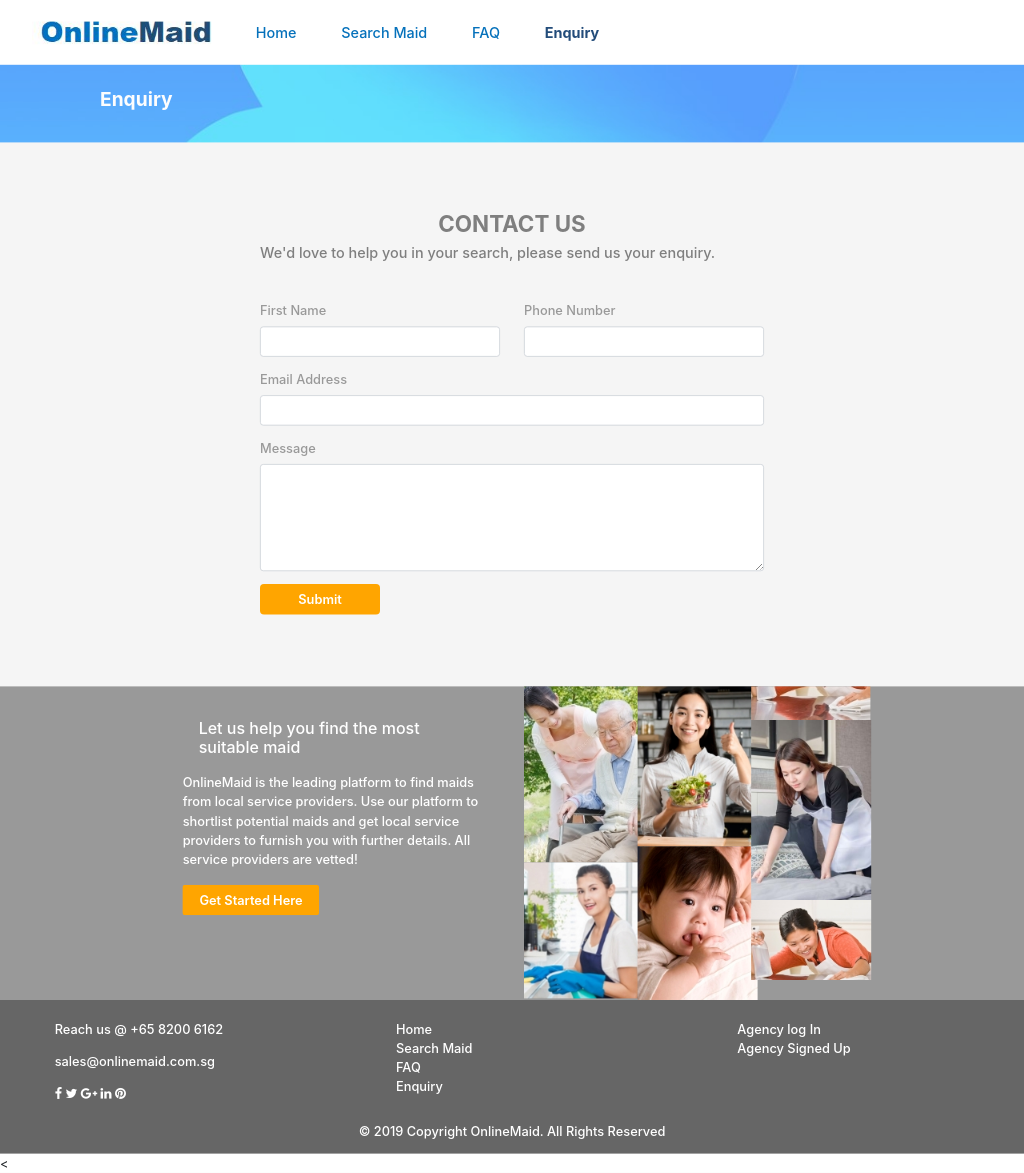
Repository: Code-Institute-Submissions/Project-1---Online-Maid
Page: enquiry.html
The author's editor kept a record of every edit. The page is drawn from the files as they stood at one moment, then again after the next edit.
The browser window is 1280 px wide. The pictures show the whole page, at 80% of full size.
Some web libraries are served in a nearby version.

Above is the page before.

### enquiry.html
<!DOCTYPE html>
<html lang="en">
<head>
    <meta charset="UTF-8">
    <meta name="viewport" content="width=device-width, initial-scale=1.0">
    <meta http-equiv="X-UA-Compatible" content="ie=edge">
    <link href="https://fonts.googleapis.com/css?family=Roboto:400,700|Open+Sans" rel="stylesheet">
    <link rel="stylesheet" href="https://stackpath.bootstrapcdn.com/bootstrap/4.3.1/css/bootstrap.min.css" type="text/css" />
    <link rel="stylesheet" href="https://stackpath.bootstrapcdn.com/font-awesome/4.7.0/css/font-awesome.min.css" type="text/css" />
    <link rel="stylesheet" href="https://cdnjs.cloudflare.com/ajax/libs/hover.css/2.1.1/css/hover-min.css" type="text/css" />
    <link rel="stylesheet" href="style.css" type="text/css" />
    <title>Online Maid</title>
</head>


<body>

<header>
  <nav class="navbar navbar-expand-lg navbar-light bg-white">
  <a class="navbar-brand" href="#"><img id="logo" class="pl-4 img-fluid d-md-block" src="images/logo.jpg" alt=""></a>
  <button class="navbar-toggler" type="button" data-toggle="collapse" data-target="#navbarSupportedContent" aria-controls="navbarSupportedContent" aria-expanded="false" aria-label="Toggle navigation">
    <span class="navbar-toggler-icon"></span>
  </button>

  <div class="collapse navbar-collapse" id="navbarSupportedContent">
    <ul class="navbar-nav mr-auto">
      <li class="nav-item">
        <a class="nav-link" href="index.html">Home</a>
      </li>
      <li class="nav-item">
        <a class="nav-link" href="searchMaid.html">Search Maid</a>
      </li>
      <li class="nav-item">
        <a class="nav-link" href="faq.html">FAQ</a>
      </li>
      <li class="nav-item active">
        <a class="nav-link" href="enquiry.html">Enquiry</a>
      </li>
    </ul>
  </div>
</nav>
</header>

<article class="enquiry-body">
<section>
  <div class="header-jumbotron">
    <h4 class="header-jumbotron-text">Enquiry</h4>
  </div>
</section>

<section>
 <div class="container enquiry-body">
	<div class="row">
		<div class="col-md-8 col-md-offset-2 m-auto">
			<div class="contact-form">
				<h3 class="section-header">CONTACT US</h3>
				<p class="hint-text">We'd love to help you in your search, please send us your enquiry.</p>
					<div class="row">
						<div class="col-sm-6">
							<div class="form-group">
								<label for="inputFirstName" class="particular">First Name</label>
								<input type="text" class="form-control" id="inputFirstName" required>
							</div>
						</div>
						<div class="col-sm-6">
							<div class="form-group">
								<label for="inputLastName" class="particular">Phone Number</label>
								<input type="text" class="form-control" id="inputLastName" required>
							</div>
						</div>
					</div>
					<div class="form-group">
						<label for="inputEmail" class="particular">Email Address</label>
						<input type="email" class="form-control" id="inputEmail" required>
					</div>
					<div class="form-group">
						<label for="inputMessage" class="particular">Message</label>
						<textarea class="form-control" id="inputMessage" rows="5" required></textarea>
					</div>
					<input type="submit" class="btn btn-primary" value="Submit">
				</form>
			</div>
		</div>
	</div>
</div>
</section>

<section>
      <div class="row enquiry-container">
        <div class="col-2 enquiry-box-1"></div>

        <div class="col-4 enquiry-box-2">
          <h5 class="enquiry-header">Let us help you find the most suitable maid</h5>
          <p class="enquiry-content">OnlineMaid is the leading platform to find maids from local service providers. Use our platform to shortlist potential maids and get local service providers to furnish you with further details. All service providers are vetted!</p>
          <button type="button" class="btn enquiry-btn">Get Started Here</button>
        </div>

        <div class="col-4 enquiry-box-3">
          <div class="row picture-container">

            <div class="col-4 picture-col-1">
              <img class="card-img-top-1" src="images/enquiry/1a.jpg" alt="Card image cap">
              <img class="card-img-top-2" src="images/enquiry/2a.jpg" alt="Card image cap">
            </div>

            <div class="col-4 picture-col-2">
              <img class="card-img-top-3" src="images/enquiry/3a.jpg" alt="Card image cap">
              <img class="card-img-top-4" src="images/enquiry/4a.jpg" alt="Card image cap">
            </div>

            <div class="col-4 picture-col-3">
              <img class="card-img-top-5" src="images/enquiry/5a.jpg" alt="Card image cap">
              <img class="card-img-top-6" src="images/enquiry/6a.jpg" alt="Card image cap">
              <img class="card-img-top-7" src="images/enquiry/7a.jpg" alt="Card image cap">
            </div>
          </div>
        </div>

        <div class="col-2 enquiry-box-4"></div>

      </div>
    </section>

</article>






<footer class="page-footer font-small footer-style pt-4">
  <div class="container-fluid text-center text-md-left">
    <div class="row d-flex justify-content-around">

      <div class=" footer-left col-md-3 mt-md-0 mt-3">
        <p class="footer-content">Reach us @ +65 8200 6162</p>
        <p class= "footer-content">sales@onlinemaid.com.sg</p>

        <!-- social -->
        <a href="#" class="social so1 fa fa-facebook"></a>
        <a href="#" class="social fa fa-twitter"></a>
        <a href="#" class="social fa fa-google-plus"></a>
        <a href="#" class="social fa fa-linkedin"></a>
        <a href="#" class="social fa fa-pinterest"></a>
      </div>

      <div class="col-md-3 mb-md-0 mb-3">
        <ul class="list-unstyled">
          <li>
            <a href="index.html">Home</a>
          </li>
          <li>
            <a href="searchMaid.html">Search Maid</a>
          </li>
          <li>
            <a href="faq.html">FAQ</a>
          </li>
          <li>
            <a href="enquiry.html">Enquiry</a>
          </li>
        </ul>
      </div>

      <div class="col-md-3 mb-md-0 mb-3">
        <ul class="list-unstyled">
          <li>
            <a href="searchMaid.html">Agency log In</a>
          </li>
          <li>
            <a href="searchMaid.html">Agency Signed Up</a>
          </li>
        </ul>
      </div>

    </div>
  </div>

  <div class="footer-copyright text-center py-3">© 2019 Copyright OnlineMaid.  All Rights Reserved</div>
</footer>



<
    <script src="https://code.jquery.com/jquery-3.3.1.slim.min.js" integrity="sha384-q8i/X+965DzO0rT7abK41JStQIAqVgRVzpbzo5smXKp4YfRvH+8abtTE1Pi6jizo" crossorigin="anonymous"></script>
    <script src="https://cdnjs.cloudflare.com/ajax/libs/popper.js/1.14.7/umd/popper.min.js" integrity="sha384-UO2eT0CpHqdSJQ6hJty5KVphtPhzWj9WO1clHTMGa3JDZwrnQq4sF86dIHNDz0W1" crossorigin="anonymous"></script>
    <script src="https://stackpath.bootstrapcdn.com/bootstrap/4.3.1/js/bootstrap.min.js" integrity="sha384-JjSmVgyd0p3pXB1rRibZUAYoIIy6OrQ6VrjIEaFf/nJGzIxFDsf4x0xIM+B07jRM" crossorigin="anonymous"></script>
</body>
</html>

### style.css

/*overall*/
*{
    padding: 0;
    margin: 0;
    box-sizing: border-box;
    color: #737373;
    font-weight: 500;
}



/*header*/
#logo {
    height: 55px;
    max-width:100%;
}

.active{
     font-size: 25px;
}

.nav-item{
    padding: 0px 20px;
    font-weight:600;
    font-size: 18px;

}

.nav-link {
        color: #0571bb !important;
}

.active .nav-link {
   color: #234c7a !important;
   font-weight: bold;
}

/*footer*/
.footer-style{
    background: #666666;
}


.footer-content,
.social,
.footer-copyright,
.list-unstyled a {
    color: white;
}


.footer-left a:hover,
.list-unstyled a:hover {
   color:orange;
}


.list-unstyled a {
   text-decoration: none;
}



/*Section 1-jumbotron*/
.j1 {
    background-image: url("images/banner.jpg");
    background-size: cover;
    color: white;
    padding : 120px 0px;
    margin: 0px 0px 120px;
     }


.maids-portal,
.getStarted{
   text-align: center;
    font-weight: 600;
    color: white;
    margin: 0px 20px 20px 20px;
    margin-bottom: 20px;
}


.getStarted{
    font-size: 20px;
}


.form-row {
    padding: 50px 0px 0px 0px;
}


.form-control {
    color: #737373;
    font-weight: 500;
}


.btn {
    background-color: #808080;
    color: white;
    padding: 0px 40px;
    font-weight: 600;
}


.btn:hover {
    background: orange;
    color: white;
}



/*section 2 - 4 Steps*/
.section-header{
    text-align: center;
    margin: 80px 0px 10px 0px ;
    line-height: 25px;
    font-weight: 700;
    position: relative;
    opacity: 0.9;
}


.steps-line{
    text-align: center;
    margin: 20px;
    padding: 0px;
    line-height: 25px;
    font-size: 18px;
}


.four-steps-container {
    margin: 50px 0px 120px 0px;
}


.steps-box {
    background-color: orange;
    text-align: center;
    font-weight: 500;
    color: white;
}


.steps-box-content {
    color: white;
}


.i{
    font-size: 100px;
}



/*index.html section 3*/
.six-choices-1 {
   margin: 30px 20px 30px 20px;
}


.six-choices-2 {
   margin: 30px 20px 20px 20px;
}


.maid-experience a:hover{
    text-decoration: none;
}


.maid-experience p {
    color: orange;
    font-size: 17px;
}



/*section 4 - enquiry-box*/
.enquiry-container {
    min-height: 350px;
    background-color: #999999;
    color: white;
    margin: 80px 0px 0px;
}


.enquiry-header {
    margin: 40px 20px 20px;
    /*margin-bottom: 20px;*/
    color: white;
}


.enquiry-content {
 font-size: 16px;
 margin-bottom: 20px;
 color: white;
}


.enquiry-btn{
    background: orange;
    color: white;
    padding: 0px 20px;
    min-height: 38px;
    margin-bottom: 20px;
    font-weight: 600
}

.contact-form .btn-primary:hover,
.enquiry-btn:hover{
    background: #1d93e2;
    color: white;
    border: none;
}


/*section 5 - testimonial*/
.carousel {
	margin: 50px auto;
	padding: 0 70px;
}

.carousel .item {
	/*color: #999;*/
	font-size: 14px;
    text-align: center;
	overflow: hidden;
    min-height: 290px;
}


.carousel .item .img-box {
	width: 200px;
	height: 200px;
	margin: 0 auto;
	padding: 5px;
	border: 1px solid #ddd;
	border-radius: 50%;
}


.carousel .img-box img {
	width: 100%;
	height: 100%;
	display: block;
	border-radius: 50%;
}


.carousel .testimonial {
	padding: 30px 0 10px;
}


.carousel .overview {
	font-style: italic;
}


.overview b {
	text-transform: uppercase;
	color: #7AA641;
}


.carousel .carousel-control {
	width: 40px;
    height: 40px;
    margin-top: -20px;
    top: 50%;
	background: none;
}


.carousel-control i {
    font-size: 68px;
	line-height: 42px;
    position: absolute;
    display: inline-block;
	color: rgba(0, 0, 0, 0.8);
    text-shadow: 0 3px 3px #e6e6e6, 0 0 0 #000;
}


.carousel .carousel-indicators {
	bottom: -40px;
}


.carousel-indicators li, .carousel-indicators li.active {
	width: 10px;
	height: 10px;
	margin: 1px 3px;
	border-radius: 50%;
}


.carousel-indicators li {
	background: #999;
	border-color: transparent;
	box-shadow: inset 0 2px 1px rgba(0,0,0,0.2);
}


.carousel-indicators li.active {
	background: #555;
	box-shadow: inset 0 2px 1px rgba(0,0,0,0.2);
}





/*searchMaid Jumbotron*/

.header-jumbotron {
   background-image: url("images/banner.jpg");
    background-size: cover;
    padding : 30px 0px 30px 125px;
    /*margin-bottom: 30px;*/
    opacity: 0.8;
     }


.header-jumbotron-text{
    color: white;
    font-weight: 700
}


.bio-container {
    margin: 110px 0px 0px 0px;
    padding-left: 50px;
}


.padding-left{
    padding-left: 30px;
}

.filter {
    margin: 10px 30px 20px 0px;

    color: #737373;
}


.filter-dropdown-box{
    height: 50px;
}


.maid-name{
    font-size: 20px;
    font-weight: 700;
    padding: 15px 0px 0px;
}


.small-label{
    font-size:13px;
    margin: 7px 0px;
}

.big-label{
    margin: 0px;
    padding: 0px;
}


.name-and-country,
.age-marital-status,
.maid-type,
.agency-name{
   padding: 0px 0px 5px 10px;
   margin: 0px 10px 2px;
   border-bottom-color: #e6e6e6;
   border-top:none;
}


.bio-btn{
    padding: 7px 0px;
    margin: 5px 10px;
    border: 0px;
    background: orange;
    font-weight: 600
}


.bio-btn:hover{
    color: #595959;
}


.pagination-margin{
    margin: 50px 0px 0px;
}





/*enquiry-form*/
.searchmaid-body,
.enquiry-body{
        background: #f5f5f5;
    }


.contact-form {
    padding: 10px 50px;
}


.contact-form .btn  {
    min-height: 38px;
    border-radius: 5px;
    min-width: 150px;
    background: orange;
    border: none;
}


.hint-text {
    font-size: 18px;
    padding-bottom: 30px;
    opacity: 0.9;
}


.particular {
    opacity: 0.7;
}

@media (max-width:768px) {
    .form-row {
        padding:40px;
    }
}

After the next edit:
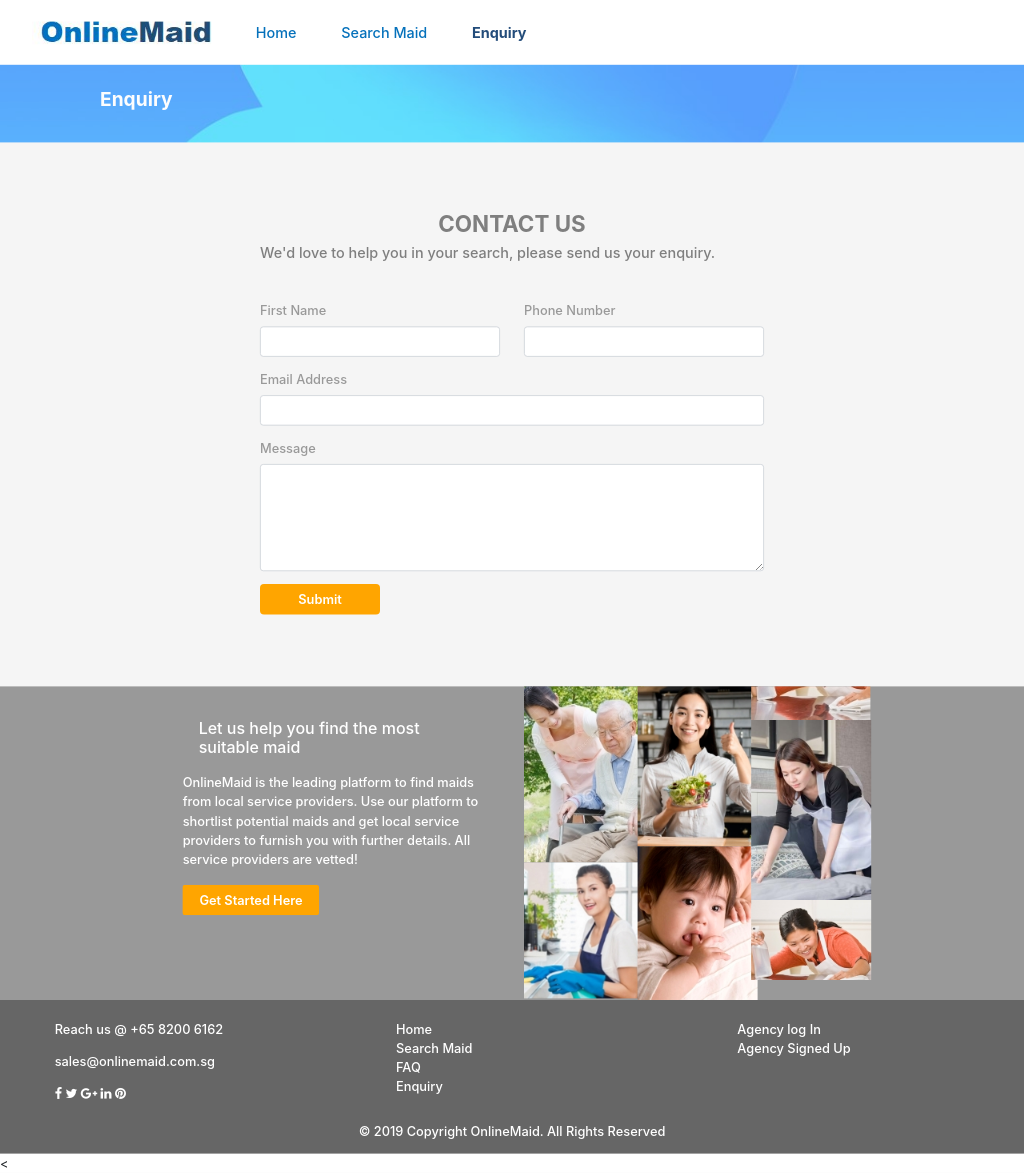
The edit:
--- a/enquiry.html
+++ b/enquiry.html
@@ -29,9 +29,6 @@
       </li>
       <li class="nav-item">
         <a class="nav-link" href="searchMaid.html">Search Maid</a>
-      </li>
-      <li class="nav-item">
-        <a class="nav-link" href="faq.html">FAQ</a>
       </li>
       <li class="nav-item active">
         <a class="nav-link" href="enquiry.html">Enquiry</a>
